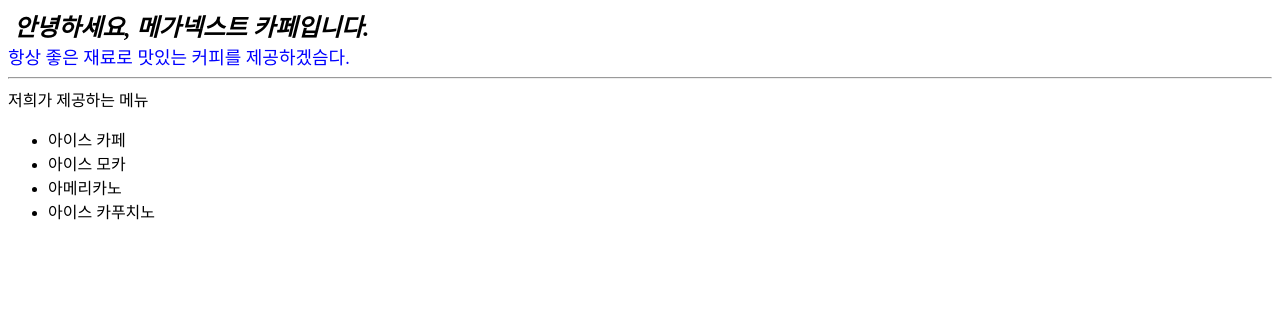
Repository: chuni90/bigdata
Page: 2. Java DB/Oracle/tutorial_01/WebContent/menu.html
These files come from the project's save history. The page is drawn as it stood at one moment and after the next save; the edit follows.
The browser window is 1280 px wide. The pictures show the whole page.

Above is the page before, as saved 2019-09-23 02:26:47.

After the next save:
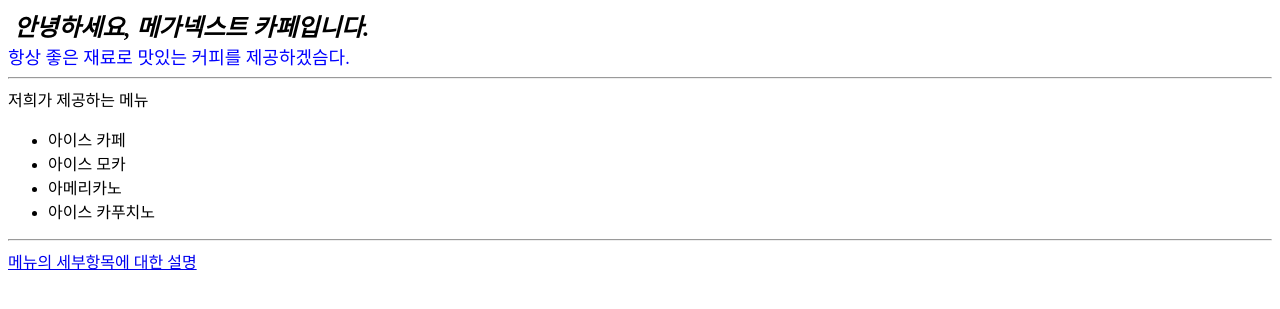
Saved 2 min 3 s later.
--- a/2. Java DB/Oracle/tutorial_01/WebContent/menu.html
+++ b/2. Java DB/Oracle/tutorial_01/WebContent/menu.html
@@ -7,7 +7,7 @@
 	<body>
 	<!--
 		<p> : p는 paragraph, 단락태그
-		<br> : Eneter, 줄바꿈 태그
+		<br> : Enter, 줄바꿈 태그
 		<b> : bolder, 글자 진하게
 		<i> : italic, 기울임
 		<u> : underline, 밑줄
@@ -24,6 +24,8 @@
 			<li>아메리카노</li>
 			<li>아이스 카푸치노</li>
 		</ul>
+		<hr>
+		<a href="show.html">메뉴의 세부항목에 대한 설명</a>
 
 	</body>
 </html>
